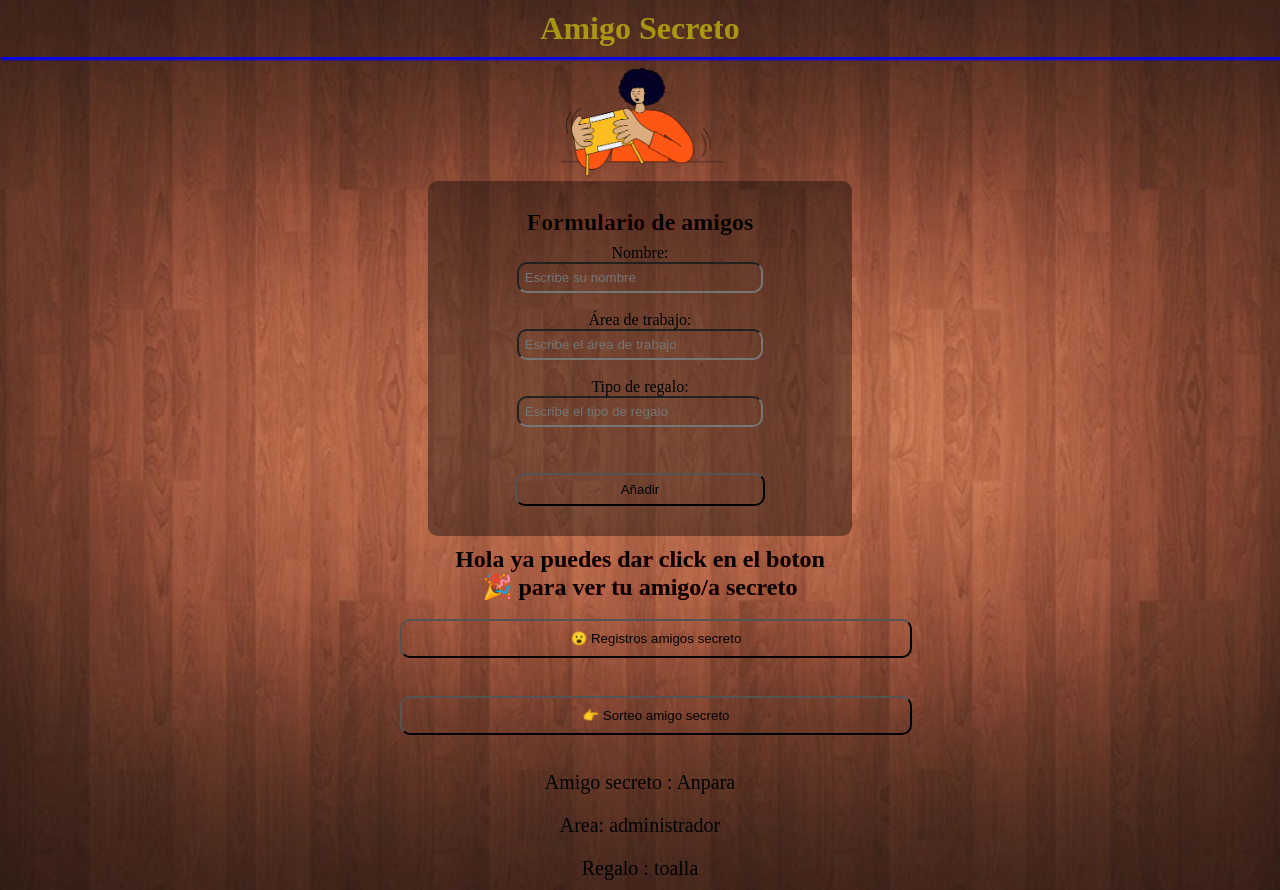
Repository: ye909/secreto
Page: index.html
These files come from the project's save history. The page is drawn as it stood at one moment and after the next save; the edit follows.
The browser window is 1280 px wide. The pictures show the whole page.
Backgrounds fixed to the window are drawn as part of the page.

Above is the page before, as saved 2025-01-25 10:26:33.

### index.html
<!DOCTYPE html>
<html lang="es">

<head>
    <meta charset="UTF-8">
    <meta name="viewport" content="width=device-width, initial-scale=1.0">
    <title>Amigo Secreto</title>
    <link rel="stylesheet" href="./css/style.css">

<body>
    <main class="main-content" id="main-content">
        <header class="header-banner">
            <h1 class="title">Amigo Secreto</h1>
            <img src="./imagenes/amigosecreto.png" alt="Imagen representativa de amigo secreto">
        </header>

        <section class="container" id="container">
            <h2 class="title">Formulario de amigos</h2>

            <form id="formularioAmigo" class="form-inputs">
                <label for="nombre">Nombre:</label><br>
                <input type="text" id="nombre" class="input-name" placeholder="Escribe su nombre"><br><br>

                <label for="areaTrabajo">Área de trabajo:</label><br>
                <input type="text" id="areaTrabajo" class="input-area" placeholder="Escribe el área de trabajo"><br><br>

                <label for="tipoRegalo">Tipo de regalo:</label><br>
                <input type="text" id="tipoRegalo" class="input-regalo" placeholder="Escribe el tipo de regalo"><br><br>
                <span id="mensaje"></span>
                <br>
                <button class="button-add" id="button-add">Añadir</button>
            </form>


        </section>




    </main>
    <div class="containerbtnsorteo" id="containerbtnsorteo">
        <h2>Hola ya puedes dar click en el boton <br>🎉 para ver tu amigo/a secreto </h2>
        <button id="verResgistrados">😮 Registros amigos secreto</button>
        <br><br>

        <button class="sorteo" id="sorteo"> 👉 Sorteo amigo secreto</button>

    </div>



    <div class="datos_amigo" id="datos_amigo">
        <h2 id="info_datos"></h2>

    </div>

    <script src="./js/amigos.js"></script>
    <script src="./js/script.js"></script>
    <script src=" https://cdn.jsdelivr.net/npm/canvas-confetti@1.9.3/dist/confetti.browser.min.js "> </script>
    </head>
</body>

</html>

### css/style.css
* {
    padding: 0%;
    margin: 0;
    transition: all;
  }
  html {
    background-image: url(../imagenes/fondocard.jpg);
    background-size: cover;
    background-repeat: no-repeat;
    background-attachment: fixed;
    width: 100%;
    height: 100%;
  }

  .main-content {
    text-align: center;
  }
  .header-banner img {
    width: 15%;
  }



  .container {
    margin: 2px auto;
      width: 30%;
      background-color: rgba(6, 6, 6, 0.4);
      border-radius: 10px;
      padding: 20px;
  /* display: none; */
  }
  input {
    width:60%;
    padding: 6px;
    border-radius: 10px;
    background: transparent;
    color: white;
  }
  input:hover {
    color: black;

  }

  button {
    background-color: transparent;
    width:65%;
    justify-content: center;
    padding: 7px;
    border-radius: 10px;
    margin: 10px;

  }
  button:hover{
      background: blue;
      border: none;
      box-shadow: blue 2px 2px 2px 3px, blue 2px 2px 2px 3px, blue 2px 3px 3px 3px,
        blue 2px 2px 2px 3px;
  transition: 2s;
  }

  h1{
    text-align: center;
  padding: 10px;
  box-shadow: blue 2px 2px 2px 1px;
  color:rgba(255, 255, 0, 0.501);
  }
  h2{
      background-image:linear-gradient(to left,green, red, rgb(248, 244, 7));
      -webkit-animation-fill-color:transparent ;
      -webkit-background-clip: text;
      background-clip: text;
      padding: 8px;
      font-weight: bold;
      text-align: center;

  }


  /* .datos_amigo {

      display: none
    } */
    /* .containerbtnsorteo{


      display:none;

    } */
    .containerbtnsorteo button{
      width: 40%;
    margin-left: 400px;
    padding: 10px;
    cursor: pointer;
    }
    p{
      font-size: 20px;
      text-align: center;
      padding: 10px;
    }
    span {
      font-size: 15px;
      color: red;
    }

### js/amigos.js


const amigos = [
    { nombre: "Juan", area: "logística", regalo: "zapatillas" },
    { nombre: "Daniel", area: "recursos", regalo: "reloj" },
    { nombre: "Anpara", area: "administrador", regalo: "toalla" },
    { nombre: "Paola", area: "marketing", regalo: "sudadera" },
    { nombre: "Pedro", area: "finanzas", regalo: "libro" },
  ];






function seleccionarAmigoAleatorio(amigos) {


    const indiceAleatorio = Math.floor(Math.random() * amigos.length);
      return amigos[indiceAleatorio];
    }

    const amigoSeleccionado = seleccionarAmigoAleatorio(amigos);



    const nombrealeatoria = document.createElement("p");
    nombrealeatoria .textContent = `Amigo secreto :  ${  amigoSeleccionado.nombre} `;

    const arealeatoria = document.createElement("p");
    arealeatoria .textContent = `Area:  ${amigoSeleccionado.area} `;

    const regaloaleatoria = document.createElement("p");
    regaloaleatoria .textContent = `Regalo : ${amigoSeleccionado.regalo} `;

    datos_amigo.appendChild(nombrealeatoria );
     datos_amigo.appendChild(arealeatoria );
       datos_amigo.appendChild( regaloaleatoria );

### js/script.js


const container = document.getElementById("container");
const containerbtnsorteo = document.getElementById("containerbtnsorteo");

 const formularioAmigo = document.getElementById("formularioAmigo");

 const datos_amigo =document.getElementById("datos_amigo")
const info_datos = document.getElementById("info_datos")
formularioAmigo.addEventListener("submit", (event) => {
  event.preventDefault(); // Evita que el formulario se envíe (si se trata de un formulario)


  const nombre = document.getElementById("nombre").value;
  const areaTrabajo = document.getElementById("areaTrabajo").value;
  const tipoRegalo = document.getElementById("tipoRegalo").value;
            // Crear un nuevo objeto amigo
            const nuevoAmigo = {
              nombre: nombre,
              area: areaTrabajo,
              regalo: tipoRegalo
          };

          // Añadir el nuevo amigo al array
          amigos.push(nuevoAmigo);


  if (nombre == "" ) {
    const mensaje = document.getElementById("mensaje");
    mensaje.innerHTML = "Por favor ingrese su nombre";


  }else{
    const titulo_data = document.createElement("p");
    titulo_data.innerHTML = ` BIENVENIDOS/A  <br> ${nombre}  `;
    info_datos.append(titulo_data);
    if (container) {
      container.style.display = "none";
      containerbtnsorteo.style.display = "inline";


    }
  }
  const verResgistrados=document.getElementById("verResgistrados")

verResgistrados.addEventListener("click",(e) =>{
 e.preventDefault()


 const htmlContent = amigos
 .map(
   (amigo) =>
     `<ol>
       <li>${amigo.nombre}</li>

     </ol>`
 )
 .join("");


info_datos.innerHTML = htmlContent;
 })


 });


 const sorteo = document.getElementById("sorteo");

 // Agrega un evento al hacer clic en el botón
 sorteo.addEventListener("click", () => {

 var end = Date.now() + (15 * 1000);

 // go Buckeyes!
 var colors = ['#bb0000', '#ffffff'];

 (function frame() {
   confetti({
     particleCount: 2,
     angle: 60,
     spread: 55,
     origin: { x: 0 },
     colors: colors
   });
   confetti({
     particleCount: 2,
     angle: 120,
     spread: 55,
     origin: { x: 1 },
     colors: colors
   });

   if (Date.now() < end) {
     requestAnimationFrame(frame);
   }
 }());
 datos_amigo.style.display = "inline";
 containerbtnsorteo.style.display = "none";
 });

After the next save:
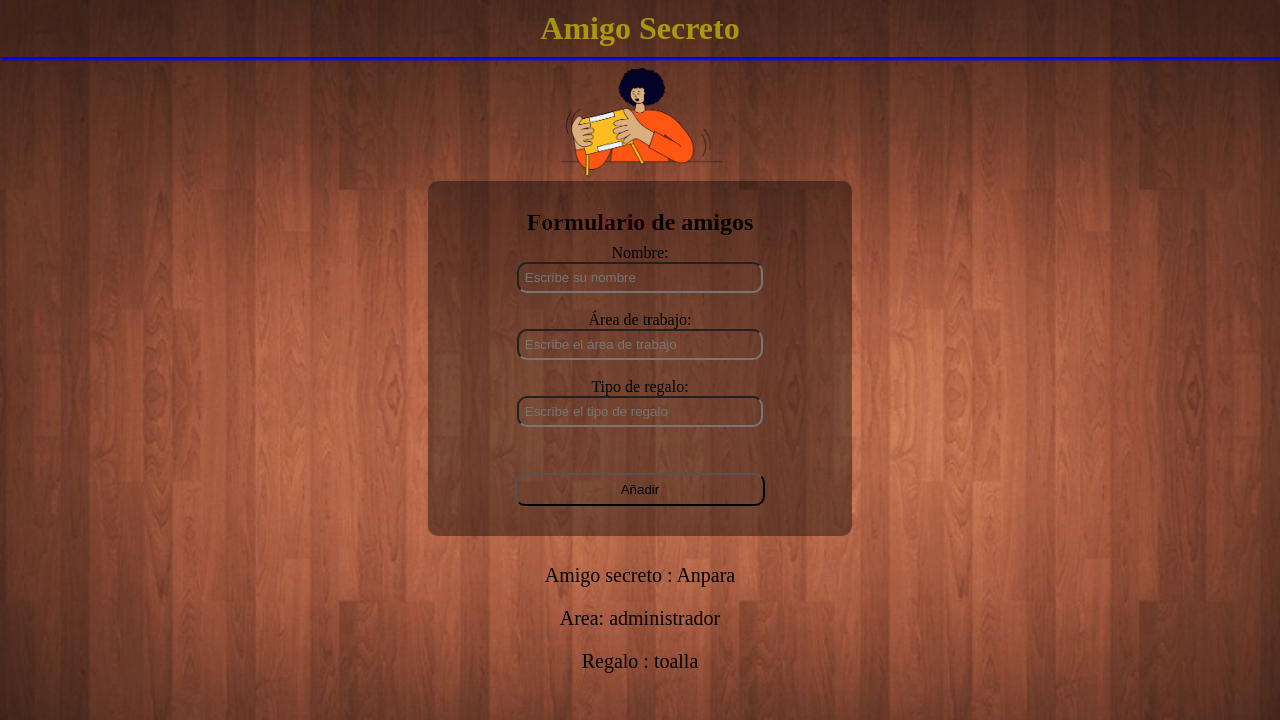
Saved 60 s later.
--- a/css/style.css
+++ b/css/style.css
@@ -80,12 +80,12 @@
 
       display: none
     } */
-    /* .containerbtnsorteo{
+    .containerbtnsorteo{
 
 
       display:none;
 
-    } */
+    }
     .containerbtnsorteo button{
       width: 40%;
     margin-left: 400px;
